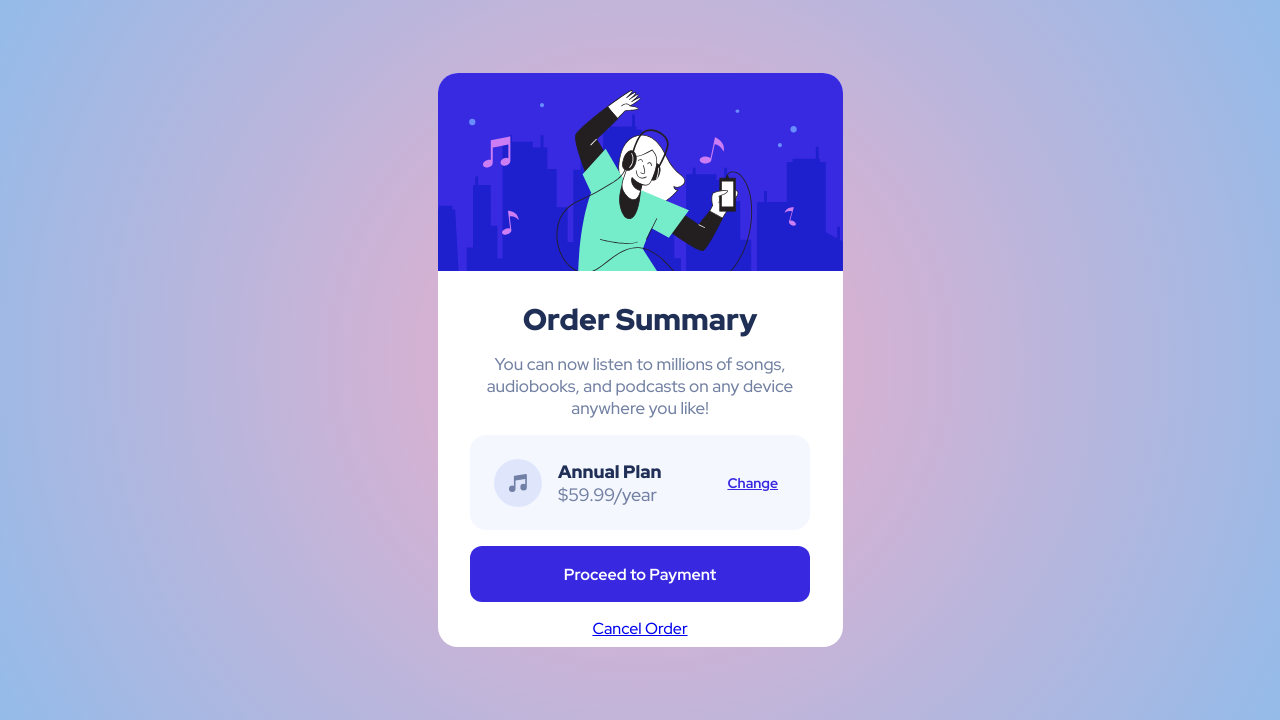
Repository: KamoliddinGIT/order-summary-card
Page: index.html
These files come from the project's save history. The page is drawn as it stood at one moment and after the next save; the edit follows.
The browser window is 1280 px wide. The pictures show the whole page.

Above is the page before, as saved 2023-09-13 11:03:06.

After the next save:
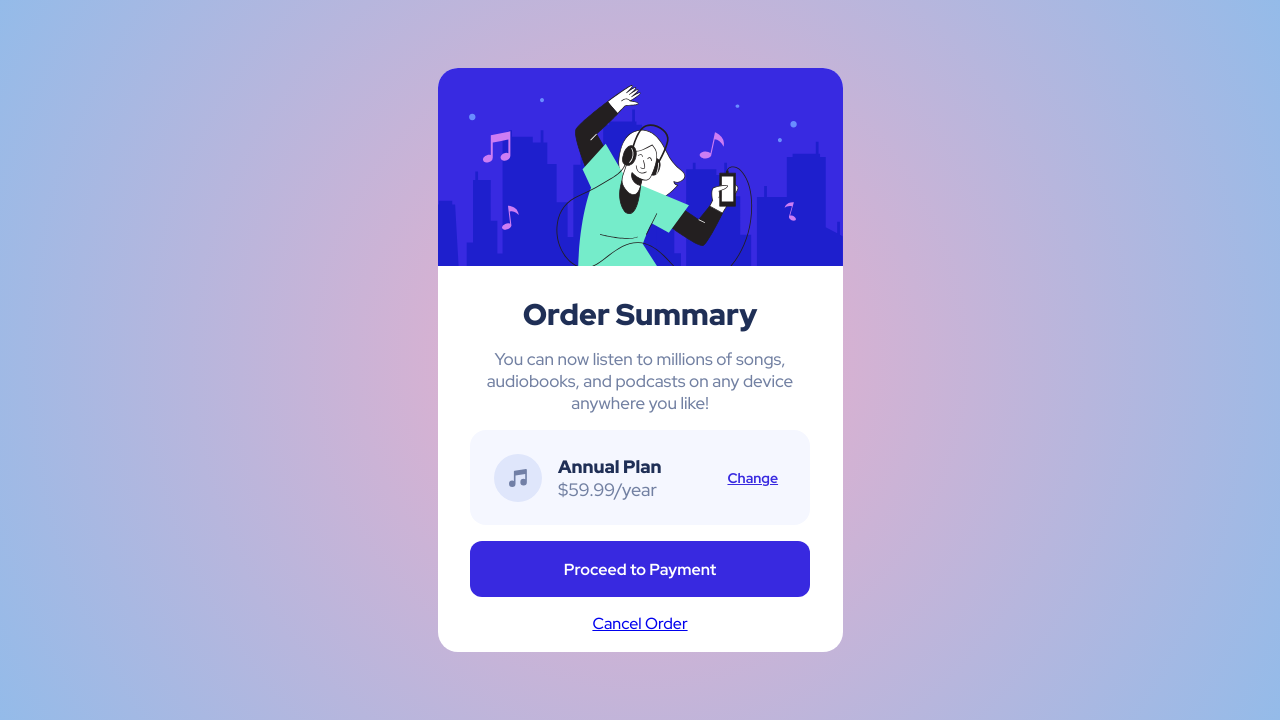
Saved 9 s later.
--- a/css/style.css
+++ b/css/style.css
@@ -24,7 +24,7 @@
   flex-direction: column;
   align-items: center;
   width: 405px;
-  height: 574px;
+  height: 584px;
   border-radius: 20px;
   background: #fff;
 }
